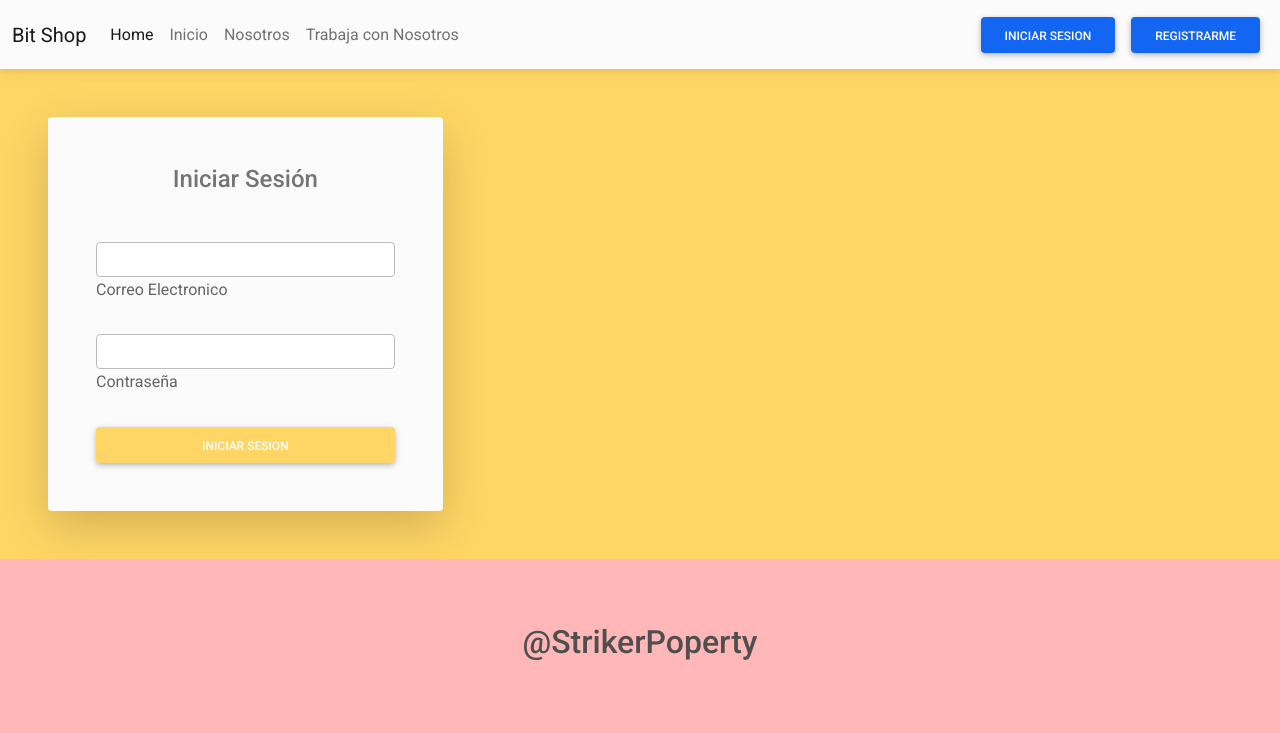
Repository: TzStrikerYT/myClassRoom
Page: /login (app in bit-shop-front/)
An editor plug-in stored every save of this project. The page is shown before and after the next save, followed by the edit.
The browser window is 1280 px wide. The pictures show the whole page.
The project was rebuilt for these pictures with package versions that can differ from the ones it lists, and the page was loaded fresh each time. Also part of the build but not shown: bit-shop-front/angular.json, bit-shop-front/src/app/components/home/home.component.ts, bit-shop-front/src/app/components/not-found/not-found.component.ts.

Above is the page before, as saved 2022-02-23 19:17:08.

After the next save:
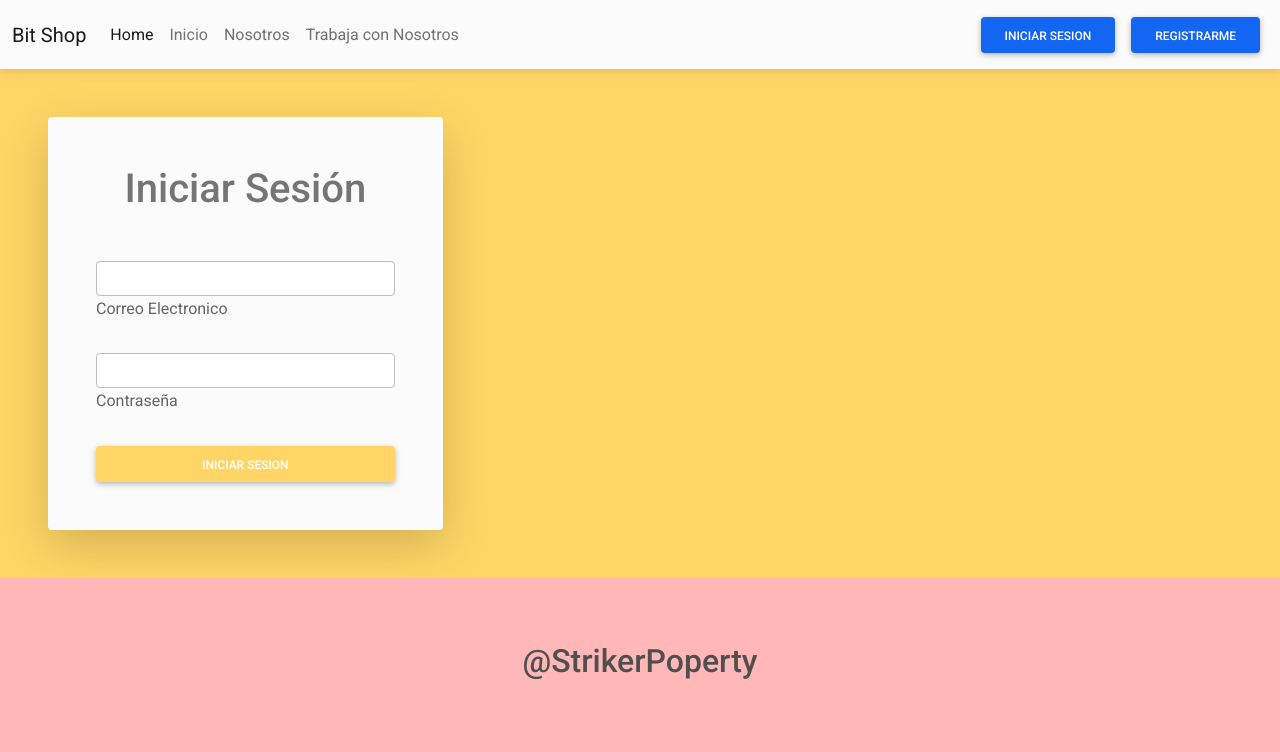
Saved 6 s later.
--- a/bit-shop-front/src/app/components/login/login.component.html
+++ b/bit-shop-front/src/app/components/login/login.component.html
@@ -1,7 +1,7 @@
 <section class="bg-yellow p-5">
   <div class="col-md-4 p-5 shadow-lg rounded bg-light">
 
-    <h4 class="text-muted text-center mb-5">Iniciar Sesión</h4>
+    <h4 class="text-muted text-center mb-5 h1">Iniciar Sesión</h4>
 
     <form>
       <!-- Email input -->

After the save that followed:
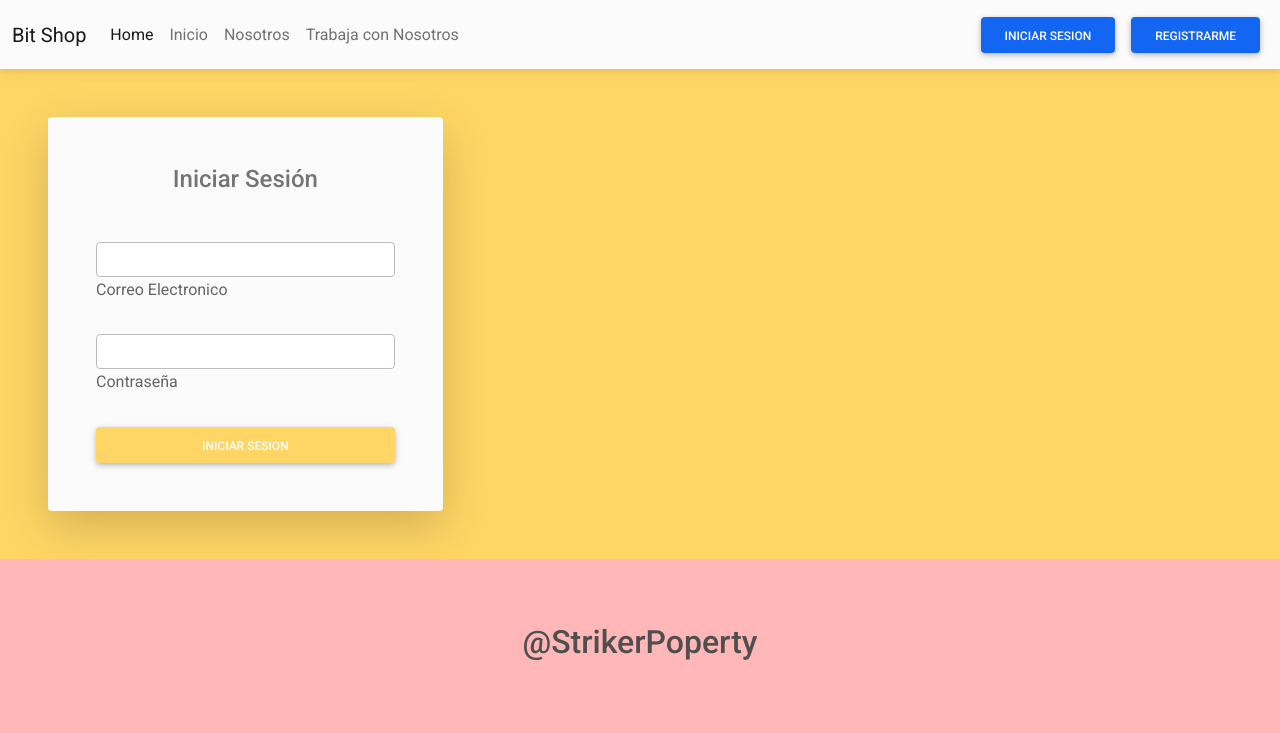
Saved 13 s later.
--- a/bit-shop-front/src/app/components/login/login.component.html
+++ b/bit-shop-front/src/app/components/login/login.component.html
@@ -1,7 +1,7 @@
 <section class="bg-yellow p-5">
   <div class="col-md-4 p-5 shadow-lg rounded bg-light">
 
-    <h4 class="text-muted text-center mb-5 h1">Iniciar Sesión</h4>
+    <h4 class="text-muted text-center mb-5">Iniciar Sesión</h4>
 
     <form>
       <!-- Email input -->
